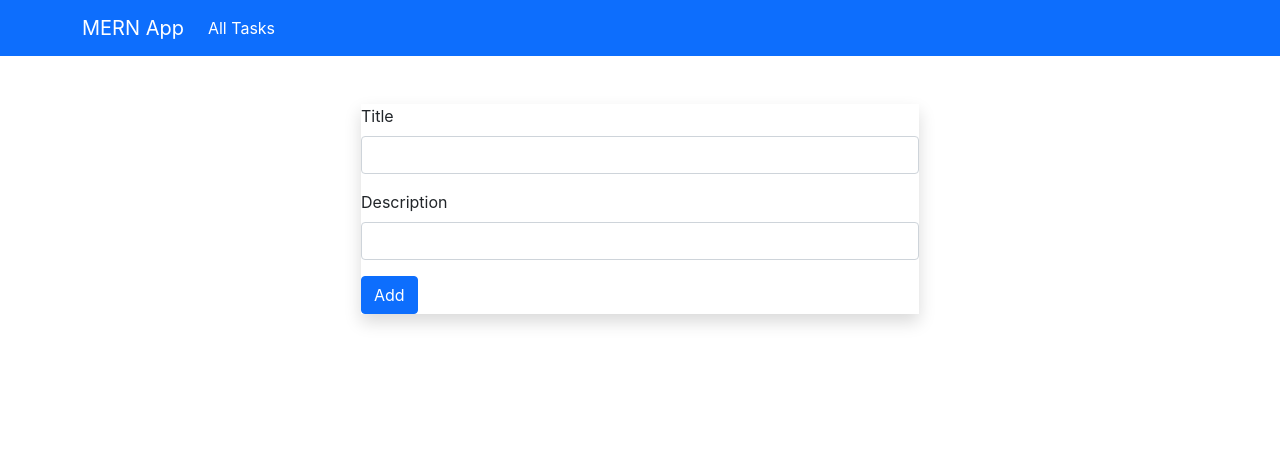
Repository: swathivanka444/MERN-CRUD
Page: /AddTask (app in frontend_crudapp_reactjs-master/)
An editor plug-in stored every save of this project. The page is shown before and after the next save, followed by the edit.
The browser window is 1280 px wide. The pictures show the whole page.
The project was rebuilt for these pictures with package versions that can differ from the ones it lists, and the page was loaded fresh each time. Also part of the build but not shown: frontend_crudapp_reactjs-master/src/App.css, frontend_crudapp_reactjs-master/src/component/AllTasks.js.

Above is the page before, as saved 2023-08-29 13:02:51.

After the next save:
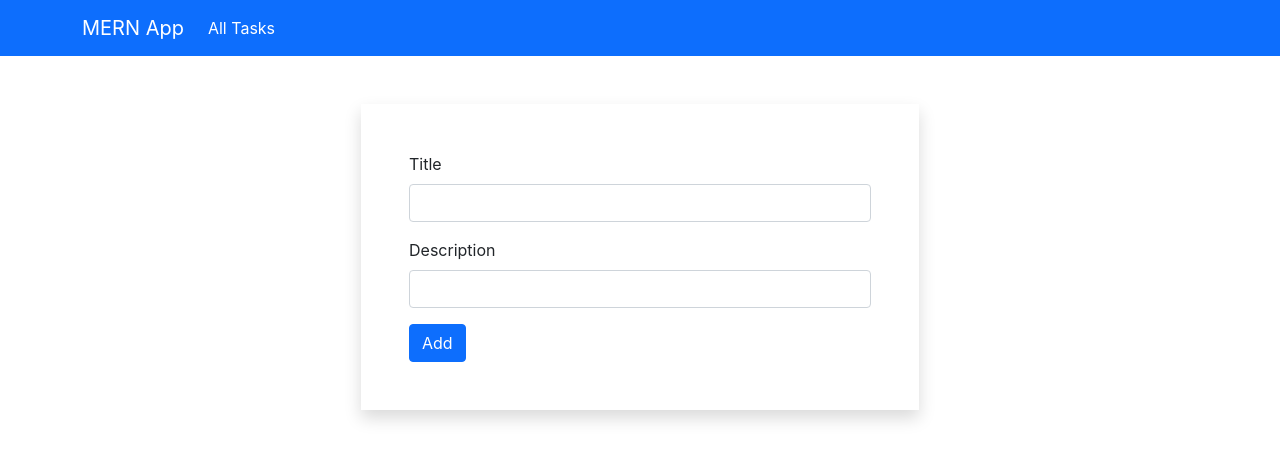
Saved 12 s later.
--- a/frontend_crudapp_reactjs-master/src/component/AddTask.js
+++ b/frontend_crudapp_reactjs-master/src/component/AddTask.js
@@ -2,7 +2,7 @@ import React from "react";
 export default function AddTask() {
     return (
         <div className="container mt-5">
-            <form className="mx-auto w-50 shadow">
+            <form className="mx-auto w-50 shadow p-5">
 
                 <div class="mb-3 ">
                     <label for="exampleInputEmail1" class="form-label">Title</label>
